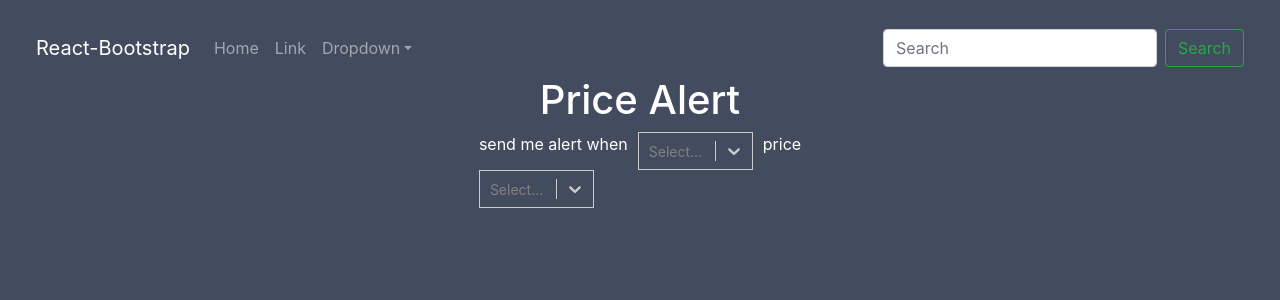
Repository: flychicken123/PriceAlertFront
Page: /
These files come from the project's save history. The page is drawn as it stood at one moment and after the next save; the edit follows.
The browser window is 1280 px wide. The pictures show the whole page.
The page's requests for data from a server got no answer. The project was rebuilt for these pictures with package versions that can differ from the ones it lists, and the page was loaded fresh each time. No one was signed in, and anything a server would have sent is missing. Also part of the build but not shown: src/App.css, src/css/Home.css.

Above is the page before, as saved 2021-03-07 12:06:31.

### public/index.html
<!DOCTYPE html>
<html lang="en">
  <head>
    <meta charset="utf-8" />
    <link rel="icon" href="%PUBLIC_URL%/favicon.ico" />
    <meta name="viewport" content="width=device-width, initial-scale=1" />
    <meta name="theme-color" content="#000000" />
    <meta
      name="description"
      content="Web site created using create-react-app"
    />
    <link rel="apple-touch-icon" href="%PUBLIC_URL%/logo192.png" />
    <!--
      manifest.json provides metadata used when your web app is installed on a
      user's mobile device or desktop. See https://developers.google.com/web/fundamentals/web-app-manifest/
    -->
    <link rel="manifest" href="%PUBLIC_URL%/manifest.json" />
    <link
  rel="stylesheet"
  href="https://cdn.jsdelivr.net/npm/bootstrap@4.6.0/dist/css/bootstrap.min.css"
  integrity="sha384-B0vP5xmATw1+K9KRQjQERJvTumQW0nPEzvF6L/Z6nronJ3oUOFUFpCjEUQouq2+l"
  crossorigin="anonymous"
/>
<link rel="stylesheet" href="https://fonts.googleapis.com/css?family=Roboto:300,400,500,700&display=swap" />

    <!--
      Notice the use of %PUBLIC_URL% in the tags above.
      It will be replaced with the URL of the `public` folder during the build.
      Only files inside the `public` folder can be referenced from the HTML.

      Unlike "/favicon.ico" or "favicon.ico", "%PUBLIC_URL%/favicon.ico" will
      work correctly both with client-side routing and a non-root public URL.
      Learn how to configure a non-root public URL by running `npm run build`.
    -->
    <title>React App</title>
  </head>
  <body>
    <noscript>You need to enable JavaScript to run this app.</noscript>
    <div id="root"></div>
    <!--
      This HTML file is a template.
      If you open it directly in the browser, you will see an empty page.

      You can add webfonts, meta tags, or analytics to this file.
      The build step will place the bundled scripts into the <body> tag.

      To begin the development, run `npm start` or `yarn start`.
      To create a production bundle, use `npm run build` or `yarn build`.
    -->
  </body>
</html>

### src/App.js
import logo from './logo.svg';
import './App.css';
import { BrowserRouter as Router, Switch, Route } from 'react-router-dom';
import TopNavbar from './components/TopNavbar';
import Home from './components/Home.jsx';
const App = () => {
  return (
    <Router>
      <TopNavbar />
      <Switch>
        <Route path='/' component={Home} />
      </Switch>
    </Router>
  )
}

export default App;

### src/components/TopNavbar.jsx
import React, { Component } from 'react';
import { Button, Navbar, Nav, NavDropdown, Form, FormControl } from "react-bootstrap";
const TopNavbar = () => {
    return (
        <div>
            <Navbar bg="#282c34" variant="dark" expand="lg">
                <Navbar.Brand href="#home">React-Bootstrap</Navbar.Brand>
                <Navbar.Toggle aria-controls="basic-navbar-nav" />
                <Navbar.Collapse id="basic-navbar-nav">
                    <Nav className="mr-auto">
                        <Nav.Link href="#home">Home</Nav.Link>
                        <Nav.Link href="#link">Link</Nav.Link>
                        <NavDropdown title="Dropdown" id="basic-nav-dropdown">
                            <NavDropdown.Item href="#action/3.1">Action</NavDropdown.Item>
                            <NavDropdown.Item href="#action/3.2">Another action</NavDropdown.Item>
                            <NavDropdown.Item href="#action/3.3">Something</NavDropdown.Item>
                            <NavDropdown.Divider />
                            <NavDropdown.Item href="#action/3.4">Separated link</NavDropdown.Item>
                        </NavDropdown>
                    </Nav>
                    <Form inline>
                        <FormControl type="text" placeholder="Search" className="mr-sm-2" />
                        <Button variant="outline-success">Search</Button>
                    </Form>
                </Navbar.Collapse>
            </Navbar>
        </div>
    )
};
export default TopNavbar

### src/components/Home.jsx
import React, { useState, Component, Select, useEffect, useCallback } from 'react';
import AsyncSelect from 'react-select/async';
import { Form, Container, Col } from 'react-bootstrap';
import { Helmet } from 'react-helmet';
import '../css/Home.css';
export default function Home(props) {

    const [coinTypes, setCoinTypes] = useState([]);
    const [selectedOption, setSelectedOption] = useState(props ? props.match?.params?.template_id : null);
    const customStyles = {
        control: base => ({
            ...base,
            height: 25,
            width: 115,
            fontSize: 14,
        })
    };

    // const coinOptions = (f) => {
    //     return [{ name: "- select -", id: "" }, ...coinTypes].map((coinType) => {
    //         return {
    //             label: coinType.name,
    //             value: coinType.id
    //         }
    //     })
    // };
    const handleCoinChange = useCallback((coin_id) => {
        setSelectedOption(coin_id);
        console.log(coin_id.name);
    }, []);
    const fetchCoinList = () => {
        return fetch(`https://6043fea2a20ace001728e9b7.mockapi.io/api/v1/coinlist/coinlist`).then(res => res.json());
    }


    return (

        < div className='mainControl' >
            <Helmet>
                <style>{'body { background-color: #434c5f;text-align: center; padding: 20px;color: white; }'}</style>
            </Helmet>
            <Container fluid="md">

                <div style={{ display: 'flex', justifyContent: 'center', height: '50vh', backgroundColor: '#434c5f', width: '200' }}>

                    <Form>
                        <h1>Price Alert</h1>

                        <Form.Row className="justify-content-md-center">

                            <Col lg="auto" >send me alert when</Col>
                            <Col md="auto">
                                <AsyncSelect
                                    cacheOptions
                                    defaultOptions
                                    onChange={handleCoinChange}
                                    value={selectedOption}
                                    loadOptions={fetchCoinList}
                                    getOptionValue={option => option.id}
                                    getOptionLabel={option => option.name}
                                    styles={customStyles}
                                    theme={theme => ({
                                        ...theme,
                                        borderRadius: 0,
                                        colors: {
                                            ...theme.colors,
                                            primary25: '#191f2b',
                                            primary: '#515c73f',
                                            neutral0: '434c5f',
                                            neutral80: 'white'

                                        },
                                    })}
                                />
                            </Col>
                            <Col xs="auto">price</Col>

                        </Form.Row>

                        <Form.Row>
                            <Col xs="auto">
                                <AsyncSelect
                                    cacheOptions
                                    defaultOptions
                                    onChange={handleCoinChange}
                                    value={selectedOption}
                                    loadOptions={fetchCoinList}
                                    getOptionValue={option => option.id}
                                    getOptionLabel={option => option.name}
                                    styles={customStyles}
                                    theme={theme => ({
                                        ...theme,
                                        borderRadius: 0,
                                        colors: {
                                            ...theme.colors,
                                            primary25: '#191f2b',
                                            primary: '#515c73f',
                                            neutral0: '434c5f',
                                            neutral80: 'white'

                                        },
                                    })}
                                />
                            </Col>
                        </Form.Row>
                    </Form>

                </div>
            </Container>
        </div >
    )
}

Loaded but not shown: src/index.js (common file); src/index.css (common file); src/reportWebVitals.js (common file)

After the next save:
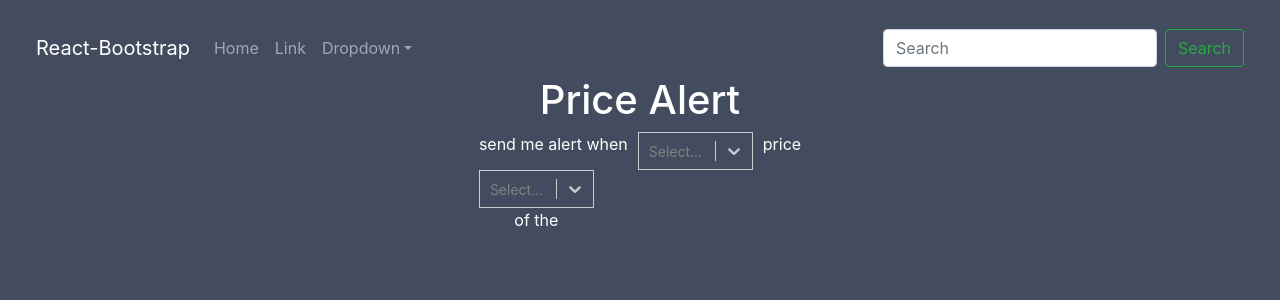
Saved 88 s later.
--- a/src/components/Home.jsx
+++ b/src/components/Home.jsx
@@ -101,6 +101,7 @@ export default function Home(props) {
                                         },
                                     })}
                                 />
+                                of the
                             </Col>
                         </Form.Row>
                     </Form>
